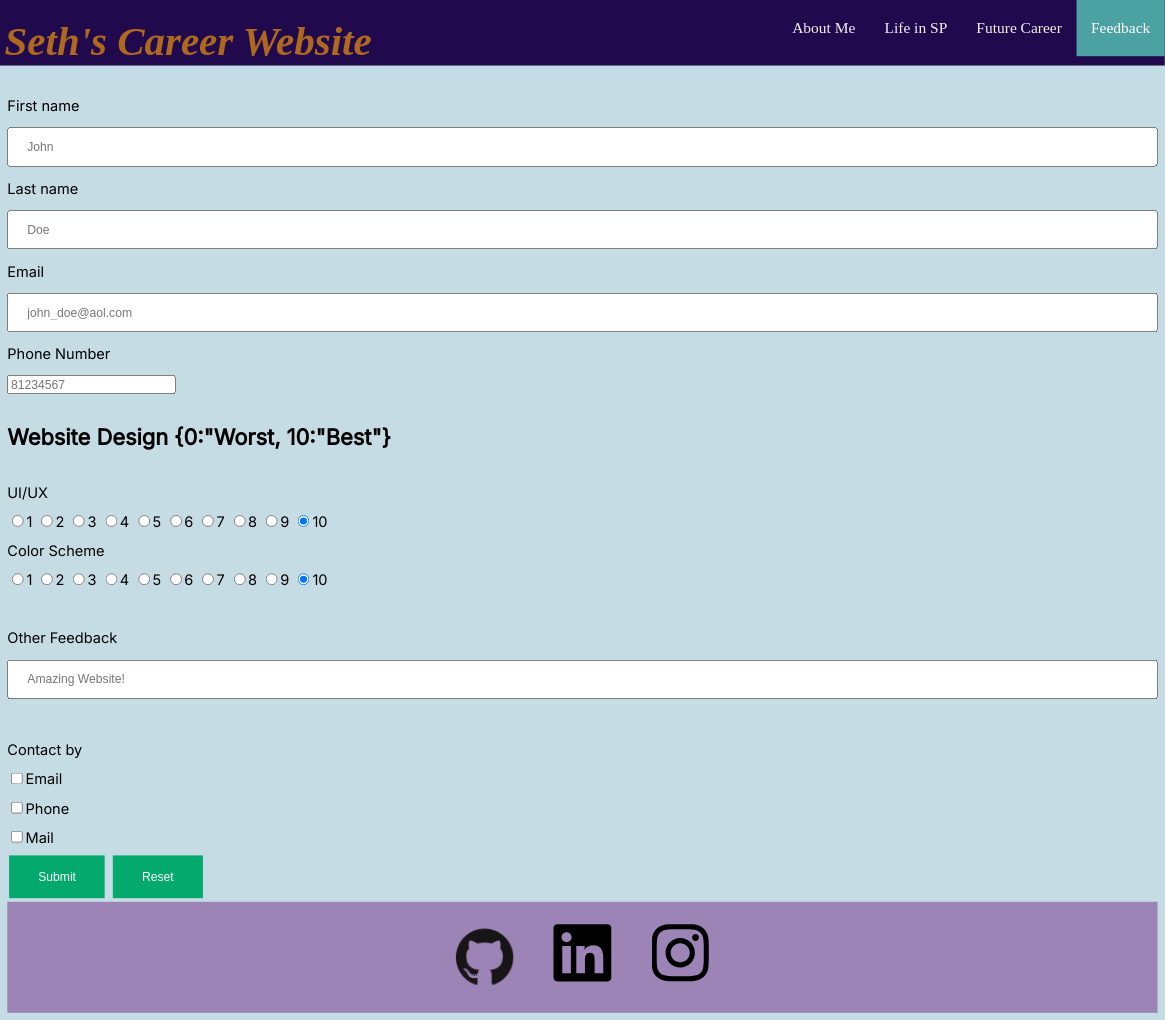
Repository: idkSeth/SP-FED-Website
Page: feedback.html
The author's editor kept a record of every edit. The page is drawn from the files as they stood at one moment, then again after the next edit.
The browser window is 1280 px wide. The pictures show the whole page, at 91% of full size.
Some web fonts or font styles are not loaded; a fallback is used.

Above is the page before.

After the next edit:
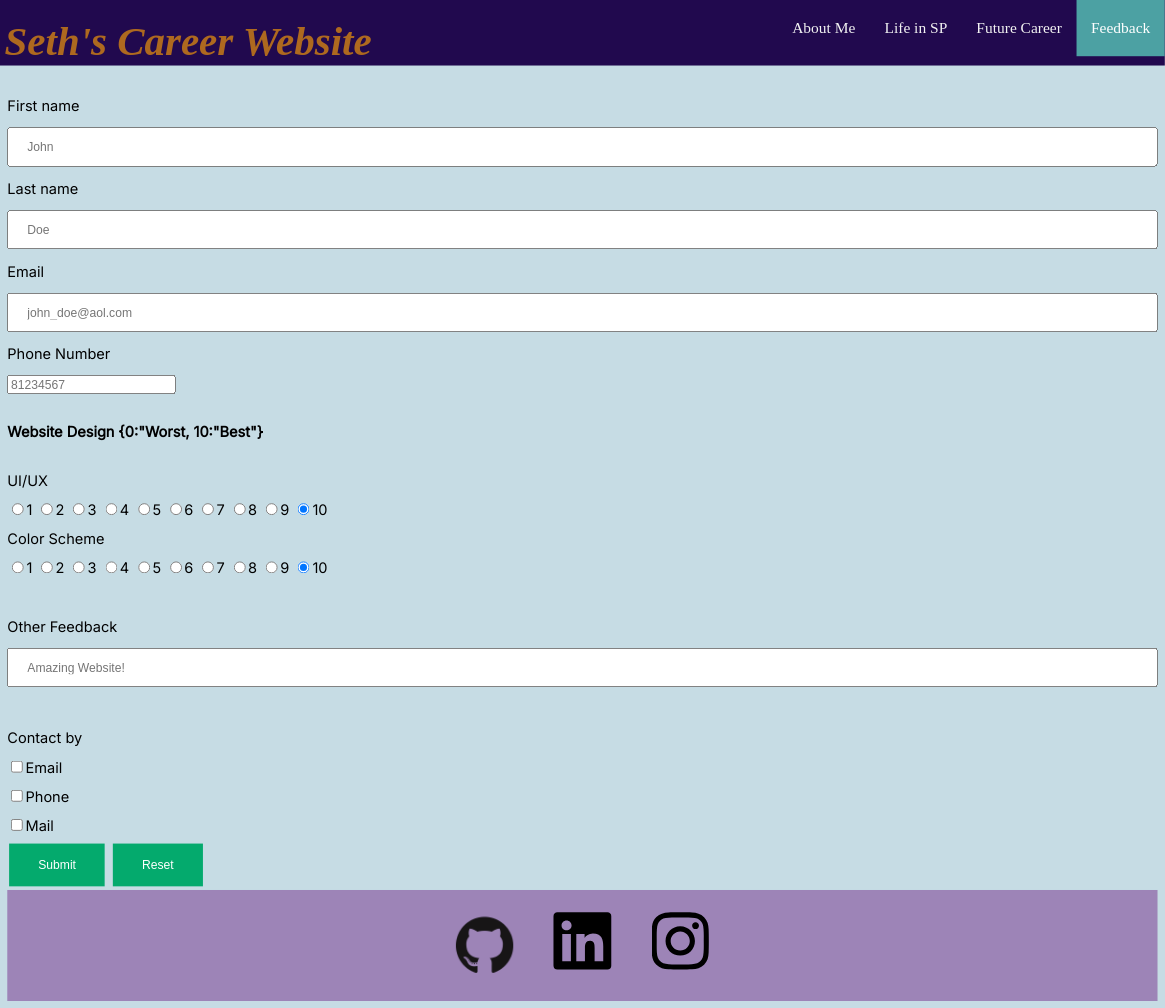
The edit:
--- a/feedback.html
+++ b/feedback.html
@@ -36,7 +36,7 @@
 
 
 
-            <h2>Website Design {0:"Worst, 10:"Best"}</h2>
+            <h4>Website Design {0:"Worst, 10:"Best"}</h4>
             <label for="UI-UX">UI/UX</label> <br>
             <input type="radio" id="u1" name="UI-UX" value="1"  required>1
             <input type="radio" id="u2" name="UI-UX" value="2">2
